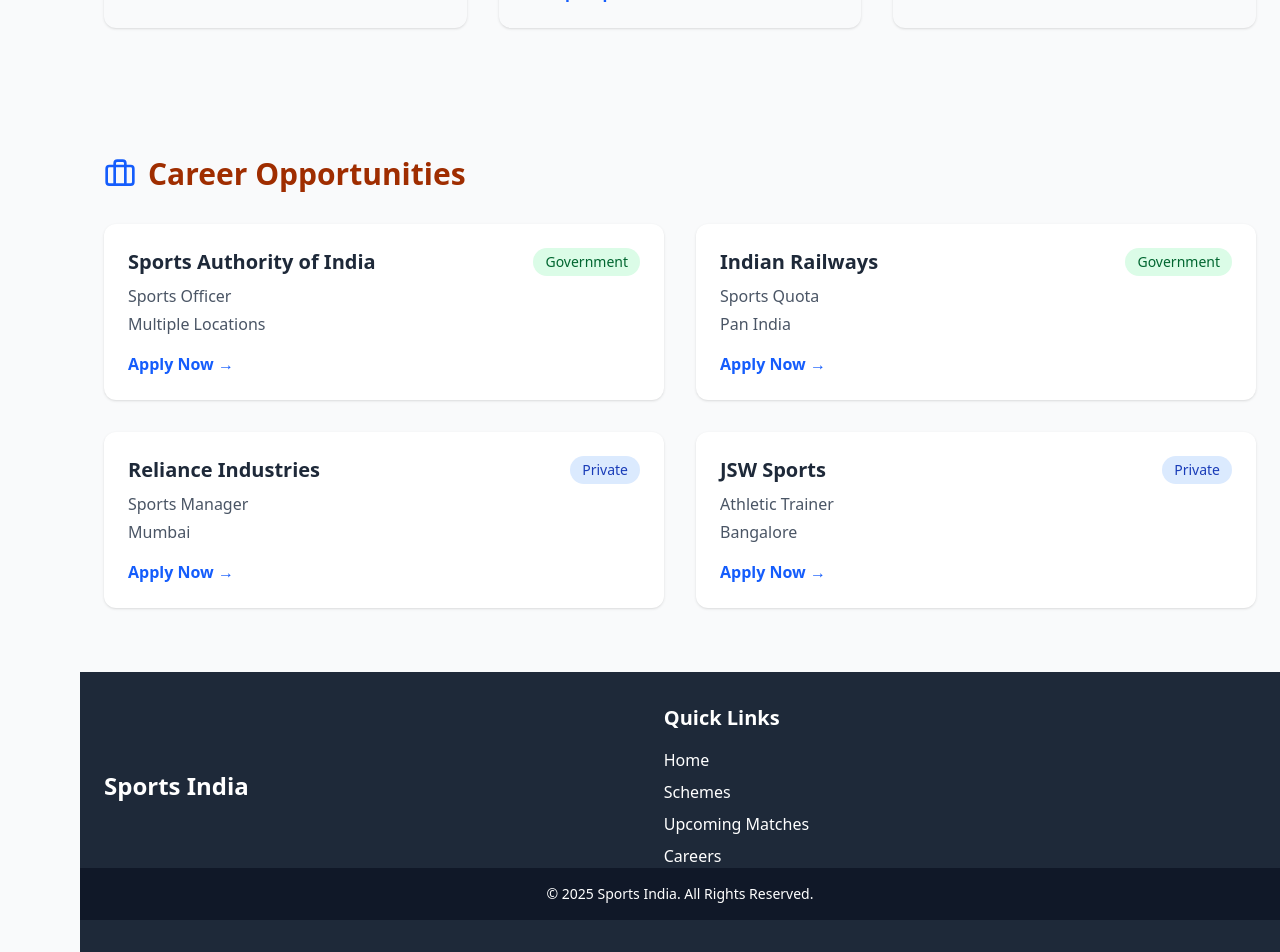
Repository: Shovon0004/Athlete
Page: / (app in Athlete/)
The author's editor kept a copy of each file at every save. The page is drawn from the files as they stood at one save, then again after a run of saves.
The browser window is 1280 px wide. The pictures show the part of the page from y = 876 to 1828 px (the page is 1828 px tall).
The project was rebuilt for these pictures with package versions that can differ from the ones it lists, and the page was loaded fresh each time. Also part of the build but not shown: Athlete/vite.config.js.

Above is the page before, as saved 2025-01-26 11:25:35.

After the next 2 saves:
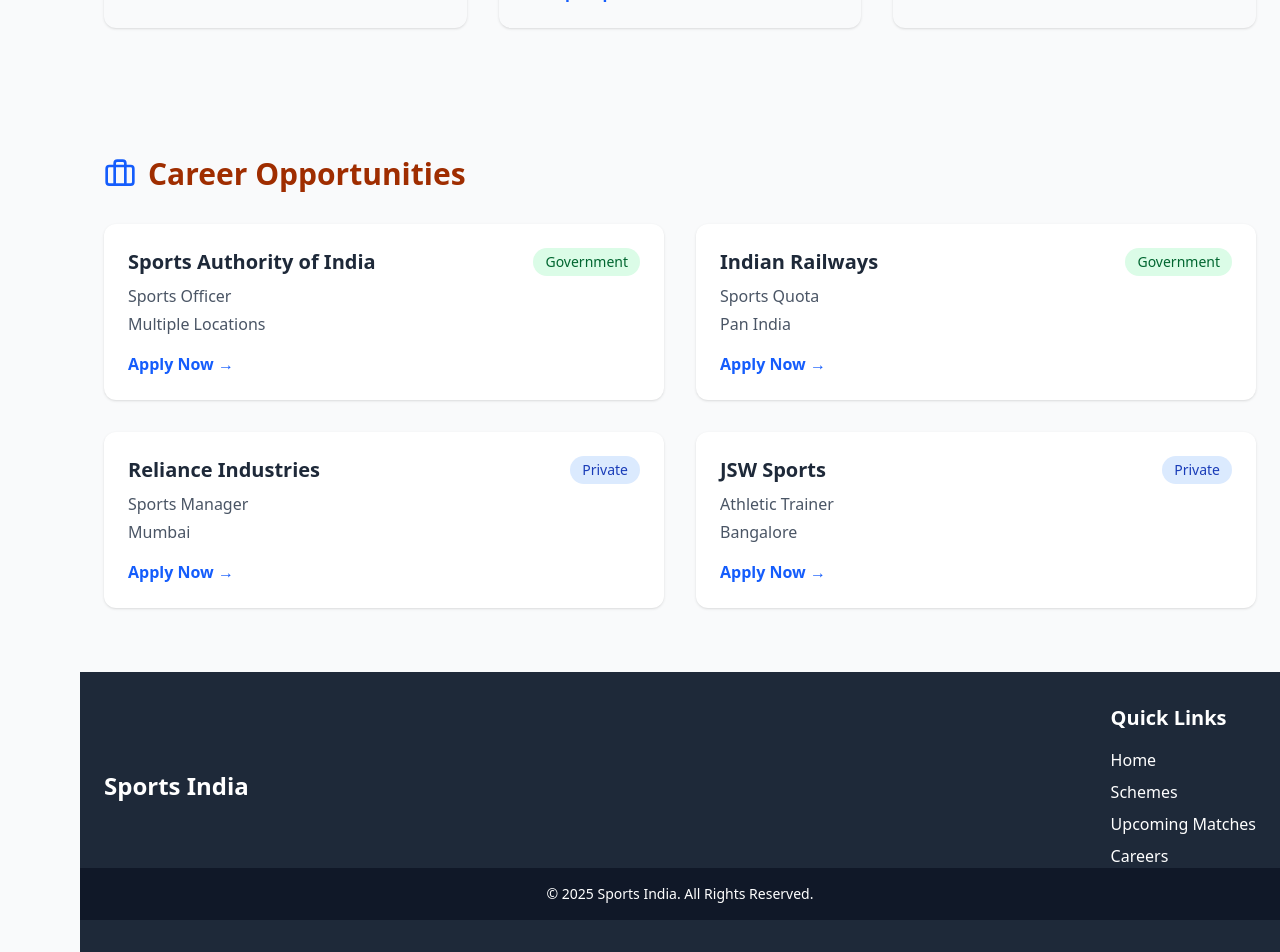
The 2 saves are shown as one change because they came seconds apart.
The last was saved 8 s later.
--- a/Athlete/src/components/HeroPage.jsx
+++ b/Athlete/src/components/HeroPage.jsx
@@ -184,18 +184,8 @@
           </ul>
         </div>
 
-        {/* Social Media Links */}
-        <div className="flex space-x-4">
-          <a href="https://facebook.com" target="_blank" rel="noopener noreferrer">
-            <i className="fab fa-facebook-f text-2xl hover:text-blue-600"></i>
-          </a>
-          <a href="https://twitter.com" target="_blank" rel="noopener noreferrer">
-            <i className="fab fa-twitter text-2xl hover:text-blue-400"></i>
-          </a>
-          <a href="https://instagram.com" target="_blank" rel="noopener noreferrer">
-            <i className="fab fa-instagram text-2xl hover:text-pink-400"></i>
-          </a>
-        </div>
+
+
       </div>
 
       {/* Footer Bottom */}
